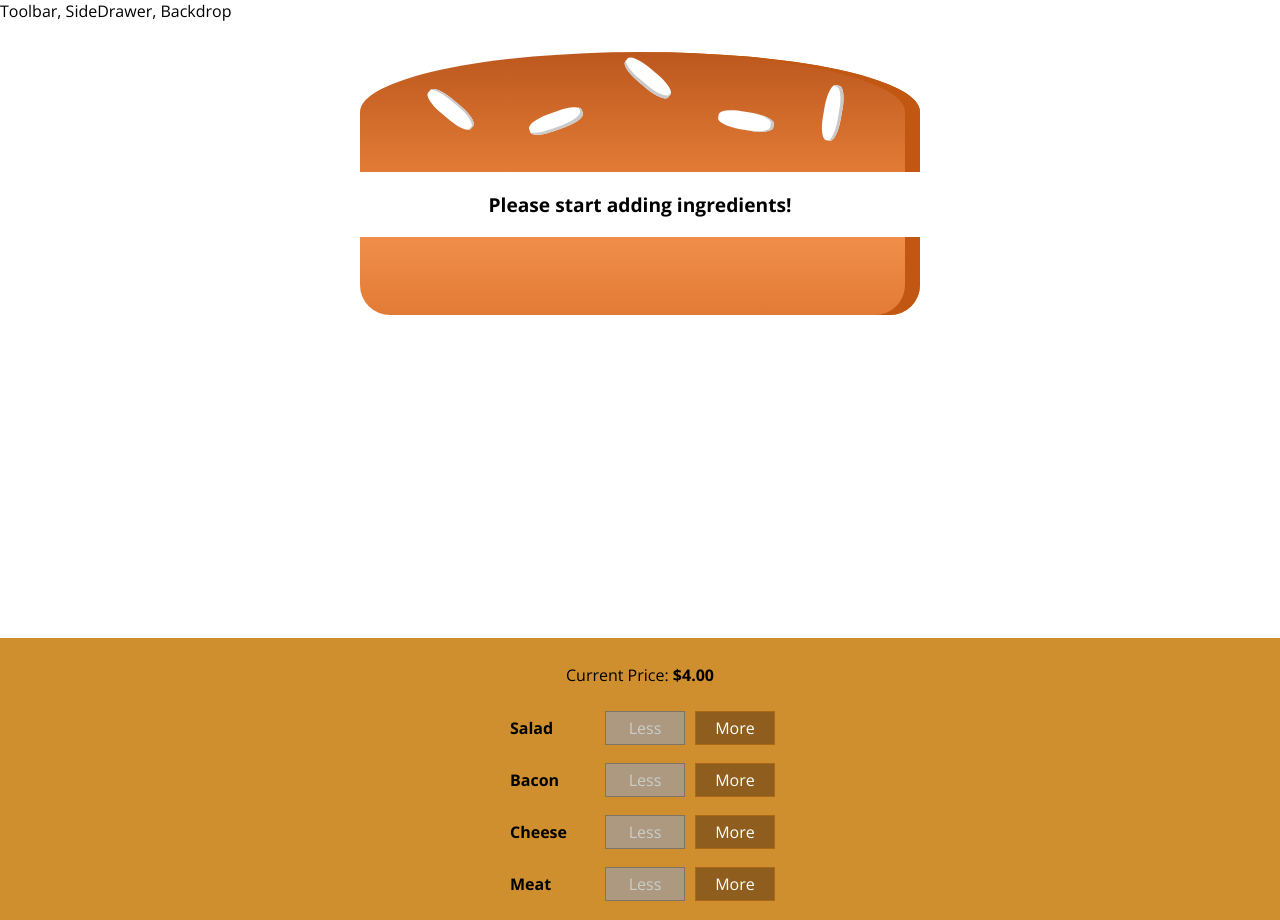
Repository: AbdulMutaal/Burger-Builder
Page: /
These files come from the project's save history. The page is drawn as it stood at one moment and after the next save; the edit follows.
The browser window is 1280 px wide. The pictures show the whole page.
The project was rebuilt for these pictures with package versions that can differ from the ones it lists, and the page was loaded fresh each time.

Above is the page before, as saved 2021-12-07 17:08:18.

### src/index.css
body {
  margin: 0;
  font-family: "Open Sans", sans-serif;
}

### src/App.js
import Layout from './components/Layout/Layout';
import BurgerBuilder from './containers/BurgerBuilder/BurgerBuilder';

function App() {
  return (
    <div>
      <Layout>
        <BurgerBuilder />
      </Layout>
    </div>
  );
}

export default App;

### src/components/Layout/Layout.js
import React from 'react';

import Auxiliary from '../../hoc/Auxiliary';
import classes from './Layout.module.css';

const layout = ( props ) => (
    <Auxiliary>
        <div>Toolbar, SideDrawer, Backdrop</div>
        <main className={classes.Content}>
            {props.children}
        </main>
    </Auxiliary>
);

export default layout;

### src/containers/BurgerBuilder/BurgerBuilder.js
import React, { Component } from 'react';

import Auxiliary from '../../hoc/Auxiliary';
import Burger from '../../components/Burger/Burger';
import BurgerControls from '../../components/Burger/BuildControls/BuildControls';

const INGREDIENT_PRICES = {
    salad: 0.5,
    cheese: 0.4,
    meat: 1.3,
    bacon: 0.7
};

class BurgerBuilder extends Component {
    state = {
        ingredients: {
            salad: 0,
            bacon: 0,
            cheese: 0,
            meat: 0
        },
        totalPrice: 4
    }

    addIngredientHandler = (type) => {
        const oldCount = this.state.ingredients[type];
        const updatedCount = oldCount + 1;
        const updateIngredients = {
            ...this.state.ingredients
        };
        updateIngredients[type] = updatedCount;

        const priceAddition = INGREDIENT_PRICES[type];
        const oldPrice = this.state.totalPrice;
        const newPrice = oldPrice + priceAddition;
        this.setState({totalPrice: newPrice, ingredients: updateIngredients});
    }

    removeIngredientHandler = (type) => {
        const oldCount = this.state.ingredients[type];

        if (oldCount <= 0) {
            return;
        }

        const updatedCount = oldCount - 1;
        const updateIngredients = {
            ...this.state.ingredients
        };
        updateIngredients[type] = updatedCount;

        const priceDeduction = INGREDIENT_PRICES[type];
        const oldPrice = this.state.totalPrice;
        const newPrice = oldPrice - priceDeduction;
        this.setState({totalPrice: newPrice, ingredients: updateIngredients});
    }
    render () {
        const disabledInfo = {
            ...this.state.ingredients
        };

        for (let key in disabledInfo) {
            disabledInfo[key] = disabledInfo[key] <= 0
        }

        return (
            <Auxiliary>
                <Burger ingredients={this.state.ingredients} />
                <BurgerControls
                    ingredientAdded={this.addIngredientHandler}
                    ingredientRemoved={this.removeIngredientHandler}
                    disabled={disabledInfo}
                    price={this.state.totalPrice} />
            </Auxiliary>
        );
    }
}

export default BurgerBuilder;

### src/components/Burger/Burger.js
import React from 'react';

import classes from './Burger.module.css';
import BurgerIngredient from './BurgerIngredient/BurgerIngredient';

const burger = (props) => {
    let transformedIngredients = Object.keys(props.ingredients)
        .map(igKey => {
            return [...Array(props.ingredients[igKey])].map((_, i) => {
                return <BurgerIngredient key={igKey + i} type={igKey} />;
            });
        })
        .reduce((arr, el) => {
            return arr.concat(el)
        }, []);
    console.log(transformedIngredients);

    if (transformedIngredients.length === 0) {
        transformedIngredients = <p>Please start adding ingredients!</p>;
    }

    return (
        <div className={classes.Burger}>
            <BurgerIngredient type="bread-top" />
            { transformedIngredients }
            <BurgerIngredient type="bread-bottom" />
        </div>
    );
};

export default burger;

### src/components/Burger/BuildControls/BuildControls.js
import React from 'react';

import classes from './BuildControls.module.css';
import BuildControl from './BuildControl/BuildControl';

const controls = [
    { label: 'Salad', type: 'salad'},
    { label: 'Bacon', type: 'bacon'},
    { label: 'Cheese', type: 'cheese'},
    { label: 'Meat', type: 'meat'}
];

const buildControls = (props) => (
    <div className={classes.BuildControls}>
        <p>Current Price: <strong>${props.price.toFixed(2)}</strong></p>
        {controls.map(ctrl => (
            <BuildControl
                key={ctrl.label}
                label={ctrl.label}
                added={() => props.ingredientAdded(ctrl.type)}
                removed={() => props.ingredientRemoved(ctrl.type)}
                disabled={props.disabled[ctrl.type]} />
        ))}
    </div>
);

export default buildControls;

### src/components/Burger/BurgerIngredient/BurgerIngredient.js
import React from 'react';
import PropTypes from 'prop-types';

import classes from './BurgerIngredient.module.css';

const burgerIngredient = (props) => {
    let ingredient = null;

    switch (props.type) {
        case ('bread-bottom'):
            ingredient = <div className={classes.BreadBottom}></div>;
            break;
        case ('bread-top'):
            ingredient = (
                <div className={classes.BreadTop}>
                    <div className={classes.Seeds1}></div>
                    <div className={classes.Seeds2}></div>
                </div>
            );
            break;
        case ('meat'):
            ingredient = <div className={classes.Meat}></div>;
            break;
        case ('cheese'):
            ingredient = <div className={classes.Cheese}></div>;
            break;
        case ('bacon'):
            ingredient = <div className={classes.Bacon}></div>;
            break;
        case ('salad'):
            ingredient = <div className={classes.Salad}></div>;
            break;
        default:
            ingredient = null;
    }

    return ingredient;
};

burgerIngredient.propTypes = {
    type: PropTypes.string.isRequired
};

export default burgerIngredient;

### src/components/Burger/BuildControls/BuildControl/BuildControl.js
import React from 'react';

import classes from './BuildControl.module.css';

const buildControl = (props) =>  (
    <div className={classes.BuildControl}>
        <div className={classes.Label}>{props.label}</div>
        <button className={classes.Less} onClick={props.removed} disabled={props.disabled}>Less</button>
        <button className={classes.More} onClick={props.added}>More</button>
    </div>
)

export default buildControl;

### src/components/Burger/BurgerIngredient/BurgerIngredient.module.css
.BreadBottom {
    height: 13%;
    width: 80%;
    background: linear-gradient(#F08E4A, #e27b36);
    border-radius: 0 0 30px 30px;
    box-shadow: inset -15px 0 #c15711;
    margin: 2% auto;
}

.BreadTop {
    height: 20%;
    width: 80%;
    background: linear-gradient(#bc581e, #e27b36);
    border-radius: 50% 50% 0 0;
    box-shadow: inset -15px 0 #c15711;
    margin: 2% auto;
    position: relative;
}

.Seeds1 {
    width: 10%;
    height: 15%;
    position: absolute;
    background-color: white;
    left: 30%;
    top: 50%;
    border-radius: 40%;
    transform: rotate(-20deg);
    box-shadow: inset -2px -3px #c9c9c9;
}

.Seeds1:after {
    content: "";
    width: 100%;
    height: 100%;
    position: absolute;
    background-color: white;
    left: -170%;
    top: -260%;
    border-radius: 40%;
    transform: rotate(60deg);
    box-shadow: inset -1px 2px #c9c9c9;
  }

.Seeds1:before {
    content: "";
    width: 100%;
    height: 100%;
    position: absolute;
    background-color: white;
    left: 180%;
    top: -50%;
    border-radius: 40%;
    transform: rotate(60deg);
    box-shadow: inset -1px -3px #c9c9c9;
  }

  .Seeds2 {
    width: 10%;
    height: 15%;
    position: absolute;
    background-color: white;
    left: 64%;
    top: 50%;
    border-radius: 40%;
    transform: rotate(10deg);
    box-shadow: inset -3px 0 #c9c9c9;
  }

  .Seeds2:before {
    content: "";
    width: 100%;
    height: 100%;
    position: absolute;
    background-color: white;
    left: 150%;
    top: -130%;
    border-radius: 40%;
    transform: rotate(90deg);
    box-shadow: inset 1px 3px #c9c9c9;
  }


.Meat {
    width: 80%;
    height: 8%;
    background: linear-gradient(#7f3608, #702e05);
    margin: 2% auto;
    border-radius: 15px;
}

.Cheese {
    width: 90%;
    height: 4.5%;
    margin: 2% auto;
    background: linear-gradient(#f4d004, #d6bb22);
    border-radius: 20px;
}

.Salad {
    width: 85%;
    height: 7%;
    margin: 2% auto;
    background: linear-gradient(#228c1d, #91ce50);
    border-radius: 20px;
}

.Bacon {
    width: 80%;
    height: 3%;
    background: linear-gradient(#bf3813, #c45e38);
    margin: 2% auto;
}

### src/components/Burger/BuildControls/BuildControl/BuildControl.module.css
.BuildControl {
    display: flex;
    justify-content: space-between;
    align-items: center;
    margin: 5px 0;
}

.BuildControl button {
    display: block;
    font: inherit;
    padding: 5px;
    margin: 0 5px;
    width: 80px;
    border: 1px solid #AA6817;
    cursor: pointer;
    outline: none;
}

.BuildControl button:disabled {
    background-color: #AC9980;
    border: 1px solid #7E7365;
    color: #ccc;
    cursor: default;
}

.BuildControl button:hover:disabled {
    background-color: #AC9980;
    color: #ccc;
    cursor: not-allowed;
}

.Label {
    padding: 10px;
    font-weight: bold;
    width: 80px;
}

.BuildControl .Less {
    background-color: #D39952;
    color: white;
}

.BuildControl .More {
    background-color: #8F5E1E;
    color: white;
}

.BuildControl .Less:hover, .BuildControl .Less:active {
    background-color: #DAA972;
    color: white;
}

.BuildControl .More:hover,.BuildControl .More:active {
    background-color: #99703F;
    color: white;
}

Loaded but not shown: public/index.html (common file); src/index.js (common file); src/reportWebVitals.js (common file); src/hoc/Auxiliary.js (common file); src/components/Layout/Layout.module.css (common file); src/components/Burger/Burger.module.css (common file); src/components/Burger/BuildControls/BuildControls.module.css (common file)

After the next save:
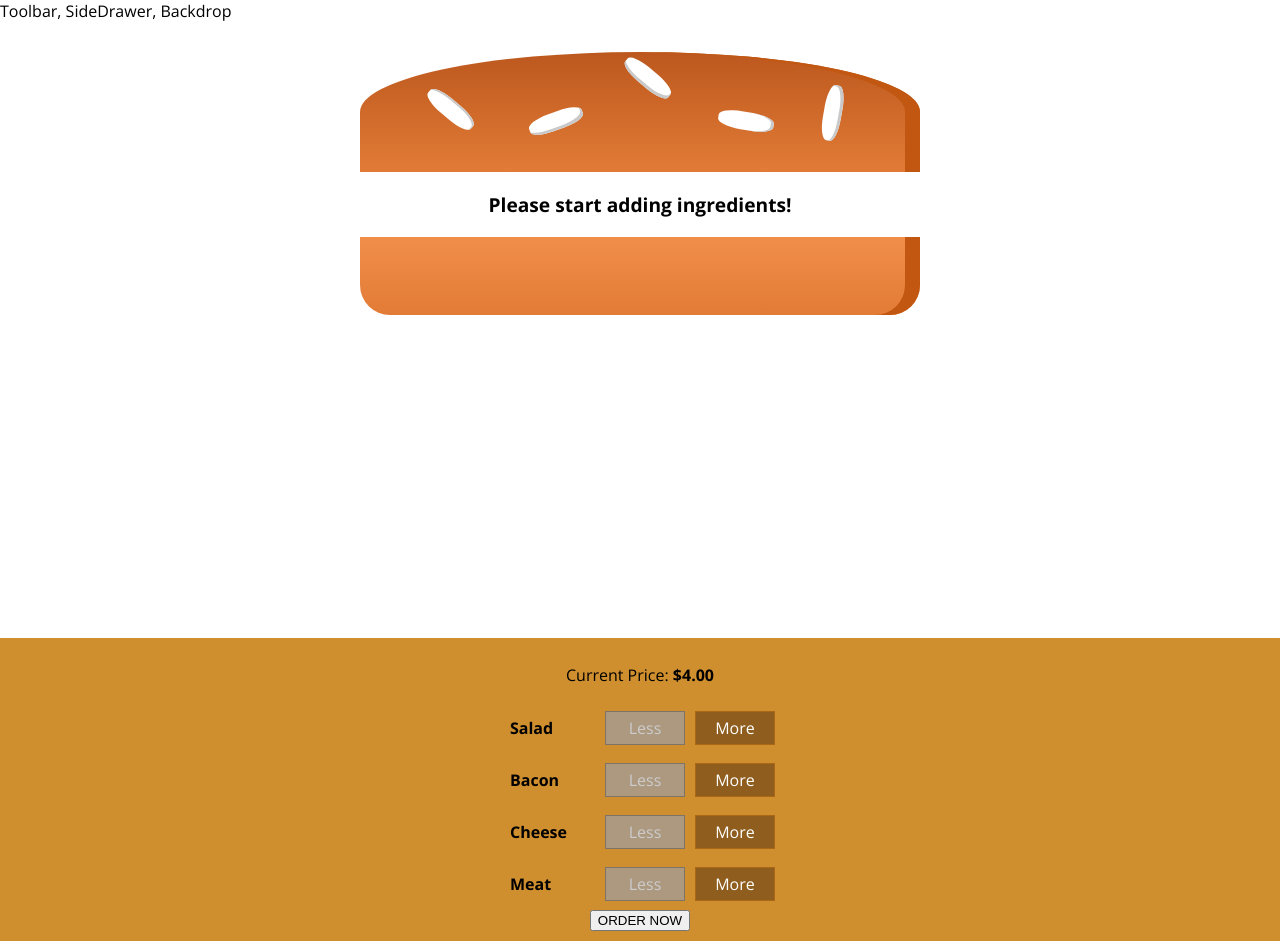
Saved 2 min 23 s later.
--- a/src/components/Burger/BuildControls/BuildControls.js
+++ b/src/components/Burger/BuildControls/BuildControls.js
@@ -21,6 +21,7 @@ const buildControls = (props) => (
                 removed={() => props.ingredientRemoved(ctrl.type)}
                 disabled={props.disabled[ctrl.type]} />
         ))}
+        <button>ORDER NOW</button>
     </div>
 );
 
